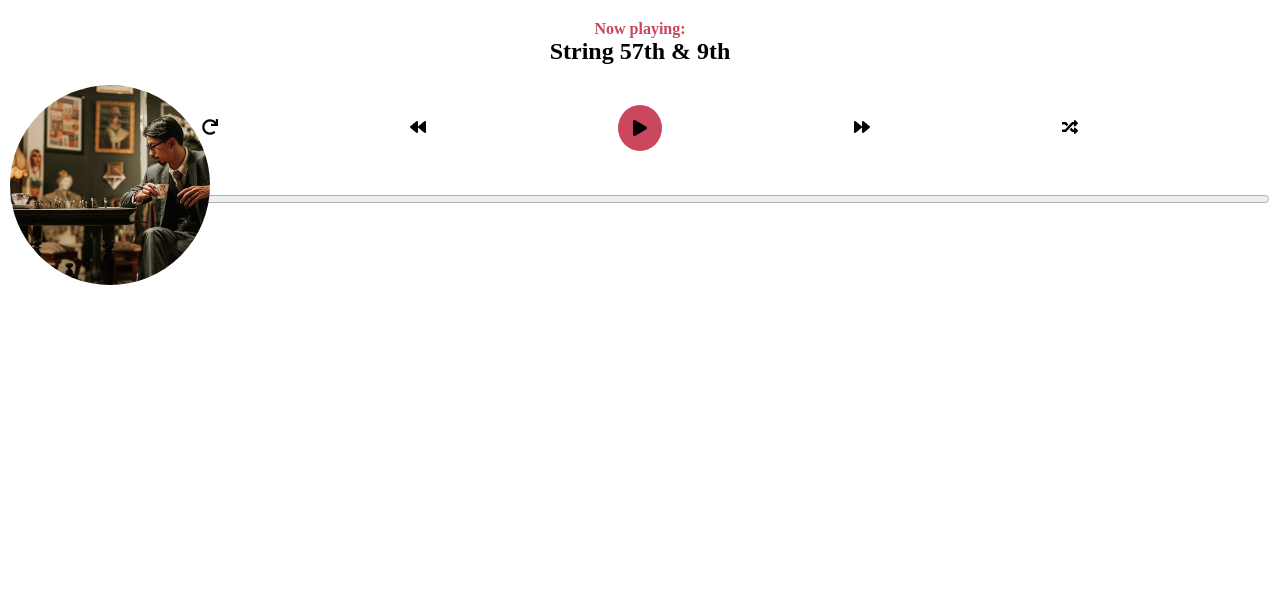
Repository: dovanthao2404/AppMusicPlayer
Page: index.html
An editor plug-in stored every save of this project. The page is shown before and after the next save, followed by the edit.
The browser window is 1280 px wide. The pictures show the whole page.

Above is the page before, as saved 2021-06-28 02:16:13.

After the next save:
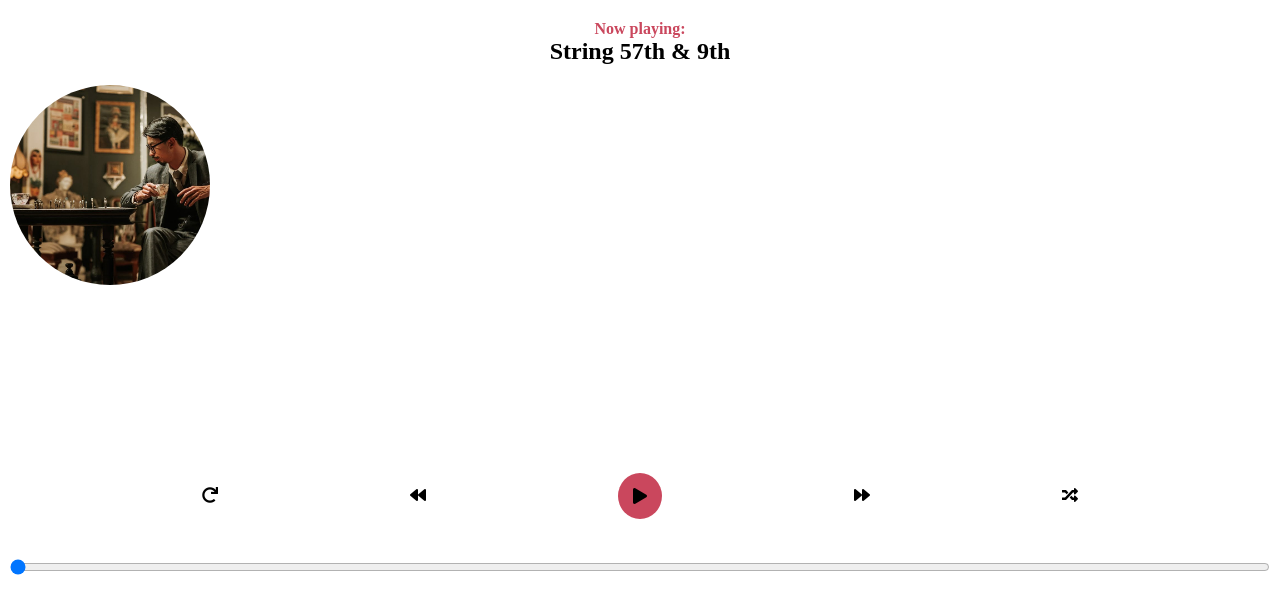
Saved 26 s later.
--- a/css/app.css
+++ b/css/app.css
@@ -33,7 +33,8 @@ header h4 {
   display: flex;
   justify-content: space-evenly;
   align-items: center;
-  margin: 40px 0;
+  margin-top: 408px;
+  margin-bottom: 40px;
 }
 .btn-toggle-play .fa {
   padding: 15px;
